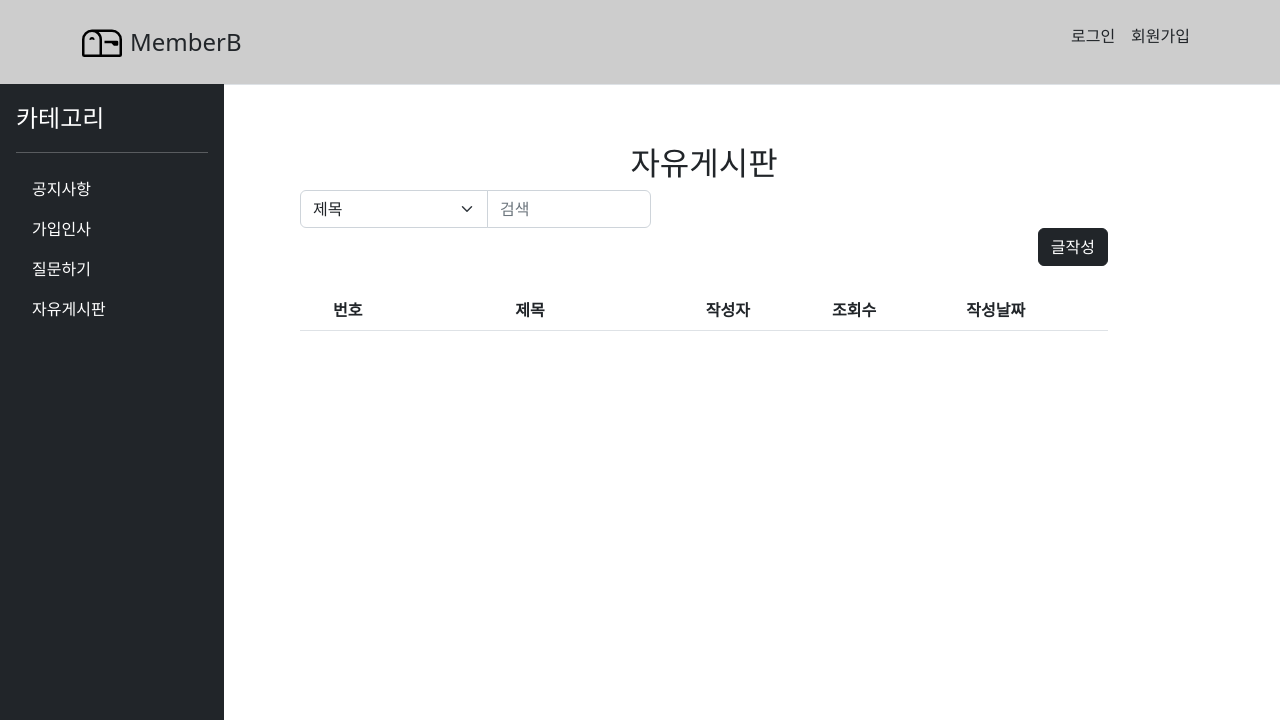
Repository: charmErin/board_220915
Page: http://localhost/board/WEB-INF/views/board/list.jsp
An editor plug-in stored every save of this project. The page is shown before and after the next save, followed by the edit.
The browser window is 1280 px wide. The pictures show the whole page.
The page is served by Tomcat 9. Nobody is signed in. Other server files are loaded and not shown. The template is opened directly, without the code that normally fills it, so the values that code supplies are empty.

Above is the page before, as saved 2022-09-16 08:39:15.

### board/src/main/webapp/WEB-INF/views/board/list.jsp
<%@ page language="java" contentType="text/html; charset=UTF-8"
    pageEncoding="UTF-8"%>
<%@ taglib uri="http://java.sun.com/jsp/jstl/core" prefix="c" %>
<%@ taglib prefix="fmt" uri="http://java.sun.com/jsp/jstl/fmt" %>
<!DOCTYPE html>
<html>
<head>
<meta charset="UTF-8">
<title>Insert title here</title>
<style>
	.body-content {
		margin-top: 9rem;
		margin-left: 15rem;
		padding-left: 3rem;
		padding-right: 10rem;
	}

	h2 {
		text-align: center;
	}

	a {
		text-decoration: none !important;
		color: #000 !important;
	}

	td a:hover {
		color: dodgerblue !important;
		cursor: pointer;
	}

	th {
		text-align: center !important;
	}

	td:not(:nth-child(2)) {
		text-align: center !important;
	}
</style>
</head>
<body>
	<%@include file ="../layout/header.jsp" %>
	<div class="body-content">
	<div class="container my-4">
		<c:choose>
			<c:when test="${category eq 1}">
				<h2>공지사항</h2>
			</c:when>
			<c:when test="${category eq 2}">
				<h2>가입인사</h2>
			</c:when>
			<c:when test="${category eq 3}">
				<h2>질문하기</h2>
			</c:when>
			<c:otherwise>
				<h2>자유게시판</h2>
			</c:otherwise>
		</c:choose>


		<ul class="nav">
			<li class="nav-item">
			<form class="col-md-auto" action="/board/search" method="get">
				<div class="input-group">
					<select class="form-select" name="searchType">
						<option value="boardTitle">제목</option>
						<option value="boardWriter">작성자</option>
						<option value="boardContetns">내용</option>
					</select>
					<input class="form-control col-2" type="text" name="q" placeholder="검색" aria-label="Search">
				</div>
			</form>
			</li>
		</ul>
		<span class="d-grid gap-2 d-md-flex justify-content-md-end mb-4">
			<button onclick="boardSave()" class="btn btn-dark">글작성</button>
		</span>



		<table class="table table-hover">
			<tr>
				<th scope="row">번호</th>
				<th scope="row" class="col-4">제목</th>
				<th scope="row">작성자</th>
				<th scope="row">조회수</th>
				<th scope="row">작성날짜</th>
				<th></th>
			</tr>
			<c:forEach var="board" items="${boardList}">
				<tr>
					<td>${board.id}</td>
					<td>
						<a href="/board/detail/${board.id}">${board.boardTitle}</a>
						<c:if test="${board.boardFileName ne null}"><img src="#" alt=""/></c:if>
					</td>
					<td>${board.boardWriter}</td>
					<td>${board.boardHits}</td>
					<td><fmt:formatDate pattern="yyyy-MM-dd" value="${board.createdTime}"></fmt:formatDate></td>
					<td></td>
				</tr>
			</c:forEach>
		</table>
	</div>





	</div>
</body>
<script>
	const boardSave = () => {
		location.href = "/board/save-form";
	}
</script>
</html>

### board/src/main/webapp/WEB-INF/views/layout/header.jsp
<%@ page language="java" contentType="text/html; charset=UTF-8"
    pageEncoding="UTF-8"%>
<%@ taglib uri="http://java.sun.com/jsp/jstl/core" prefix="c" %>
<%@ taglib prefix="fmt" uri="http://java.sun.com/jsp/jstl/fmt" %>
<!DOCTYPE html>
<html>
<head>
<meta charset="UTF-8">
<link href="https://cdn.jsdelivr.net/npm/bootstrap@5.2.1/dist/css/bootstrap.min.css" rel="stylesheet" integrity="sha384-iYQeCzEYFbKjA/T2uDLTpkwGzCiq6soy8tYaI1GyVh/UjpbCx/TYkiZhlZB6+fzT" crossorigin="anonymous">
<title>Insert title here</title>
<style>
	header {
		background: #CDCDCD;
	}

	.side-bar {
		width: 14rem;
		height: 100%;
		margin-top: 1rem;
		position: fixed;
		display: inline !important;
	}
</style>
</head>
<body>
	<header class="py-3 border-bottom header-fix fixed-top">
		<div class="container d-flex flex-wrap justify-content-center">
			<a href="/" class="d-flex align-items-center mb-3 mb-lg-0 me-lg-auto text-dark text-decoration-none">
				<img src="../../../resources/svg/mailbox.svg" width="40" height="40">
				<span class="fs-4 m-2">
					MemberB
				</span>
			</a>

			<div>
				<c:choose>
					<c:when test="${sessionScope.id == null}">
						<ul class="nav">
							<li class="nav-item">
								<a href="/member/login-form" class="nav-link link-dark px-2">로그인</a>
							</li>
							<li class="nav-item">
								<a href="/member/save-form" class="nav-link link-dark px-2">회원가입</a>
							</li>
						</ul>
					</c:when>
					<c:otherwise>
						<ul class="nav">
							<li class="nav-item">
								<a href="/member/detail/${sessionScope.id}" class="nav-link link-dark px-2">${sessionScope.memberName}</a>
							</li>
							<c:if test="${sessionScope.loginId eq 'admin'}">
								<li class="nav-item">
									<a href="/member/findAll" class="nav-link link-dark px-2">회원목록</a>
								</li>
							</c:if>
							<li class="nav-item">
								<a href="/member/logout" class="nav-link link-dark px-2">로그아웃</a>
							</li>
						</ul>
					</c:otherwise>
				</c:choose>
			</div>
		</div>
		<div class="d-flex flex-column flex-shrink-0 p-3 text-bg-dark side-bar">
			<span class="fs-4">카테고리</span>
			<hr>
			<ul class="nav nav-pills flex-column mb-auto">
				<li class="nav-item">
					<a href="/board/1" class="nav-link text-white">공지사항</a>
				</li>
				<li>
					<a href="/board/2" class="nav-link text-white">가입인사</a>
				</li>
				<li>
					<a href="/board/3" class="nav-link text-white">질문하기</a>
				</li>
				<li>
					<a href="/board/4" class="nav-link text-white">자유게시판</a>
				</li>
			</ul>
		</div>
	</header>
</body>
</html>

### board/src/main/webapp/resources/svg/mailbox.svg
<svg xmlns="http://www.w3.org/2000/svg" width="16" height="16" fill="currentColor" class="bi bi-mailbox" viewBox="0 0 16 16">
  <path d="M4 4a3 3 0 0 0-3 3v6h6V7a3 3 0 0 0-3-3zm0-1h8a4 4 0 0 1 4 4v6a1 1 0 0 1-1 1H1a1 1 0 0 1-1-1V7a4 4 0 0 1 4-4zm2.646 1A3.99 3.99 0 0 1 8 7v6h7V7a3 3 0 0 0-3-3H6.646z"/>
  <path d="M11.793 8.5H9v-1h5a.5.5 0 0 1 .5.5v1a.5.5 0 0 1-.5.5h-1a.5.5 0 0 1-.354-.146l-.853-.854zM5 7c0 .552-.448 0-1 0s-1 .552-1 0a1 1 0 0 1 2 0z"/>
</svg>

After the next save:
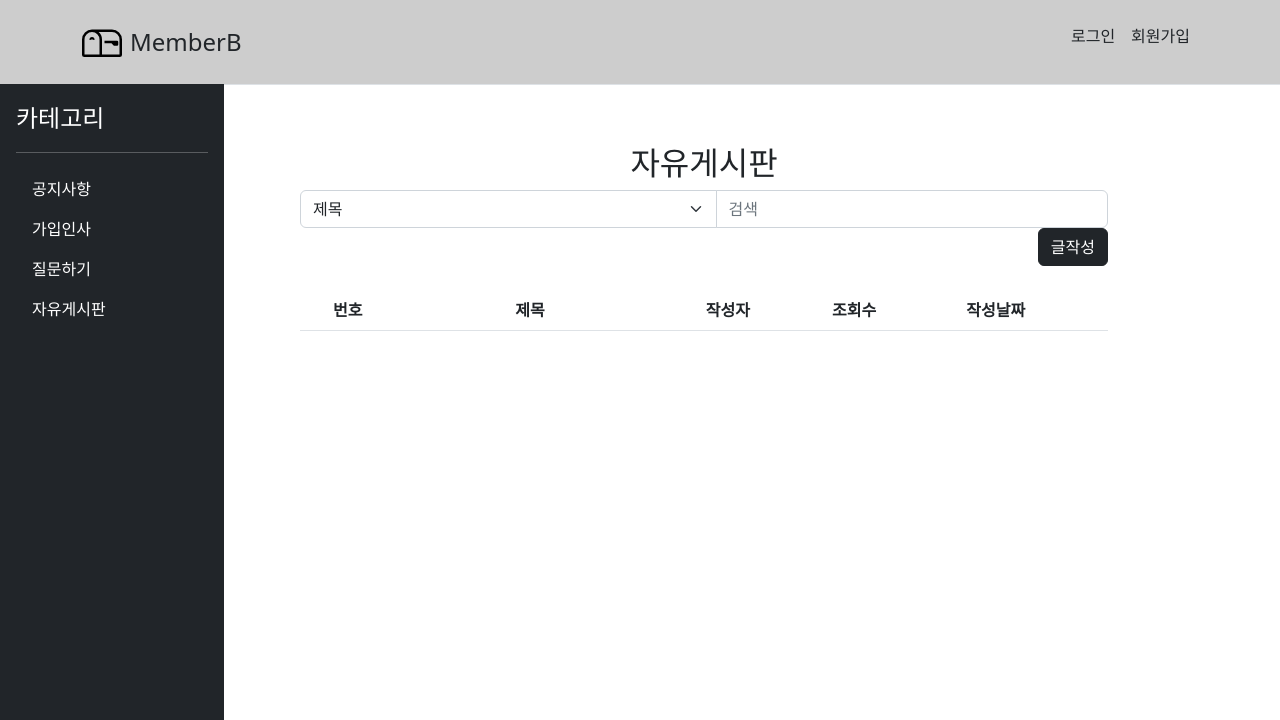
Saved 31 s later.
--- a/board/src/main/webapp/WEB-INF/views/board/list.jsp
+++ b/board/src/main/webapp/WEB-INF/views/board/list.jsp
@@ -58,20 +58,16 @@
 		</c:choose>
 
 
-		<ul class="nav">
-			<li class="nav-item">
-			<form class="col-md-auto" action="/board/search" method="get">
-				<div class="input-group">
-					<select class="form-select" name="searchType">
-						<option value="boardTitle">제목</option>
-						<option value="boardWriter">작성자</option>
-						<option value="boardContetns">내용</option>
-					</select>
-					<input class="form-control col-2" type="text" name="q" placeholder="검색" aria-label="Search">
-				</div>
-			</form>
-			</li>
-		</ul>
+		<form class="col-md-auto" action="/board/search" method="get">
+			<div class="input-group">
+				<select class="form-select" name="searchType">
+					<option value="boardTitle">제목</option>
+					<option value="boardWriter">작성자</option>
+					<option value="boardContetns">내용</option>
+				</select>
+				<input class="form-control col-2" type="text" name="q" placeholder="검색" aria-label="Search">
+			</div>
+		</form>
 		<span class="d-grid gap-2 d-md-flex justify-content-md-end mb-4">
 			<button onclick="boardSave()" class="btn btn-dark">글작성</button>
 		</span>
